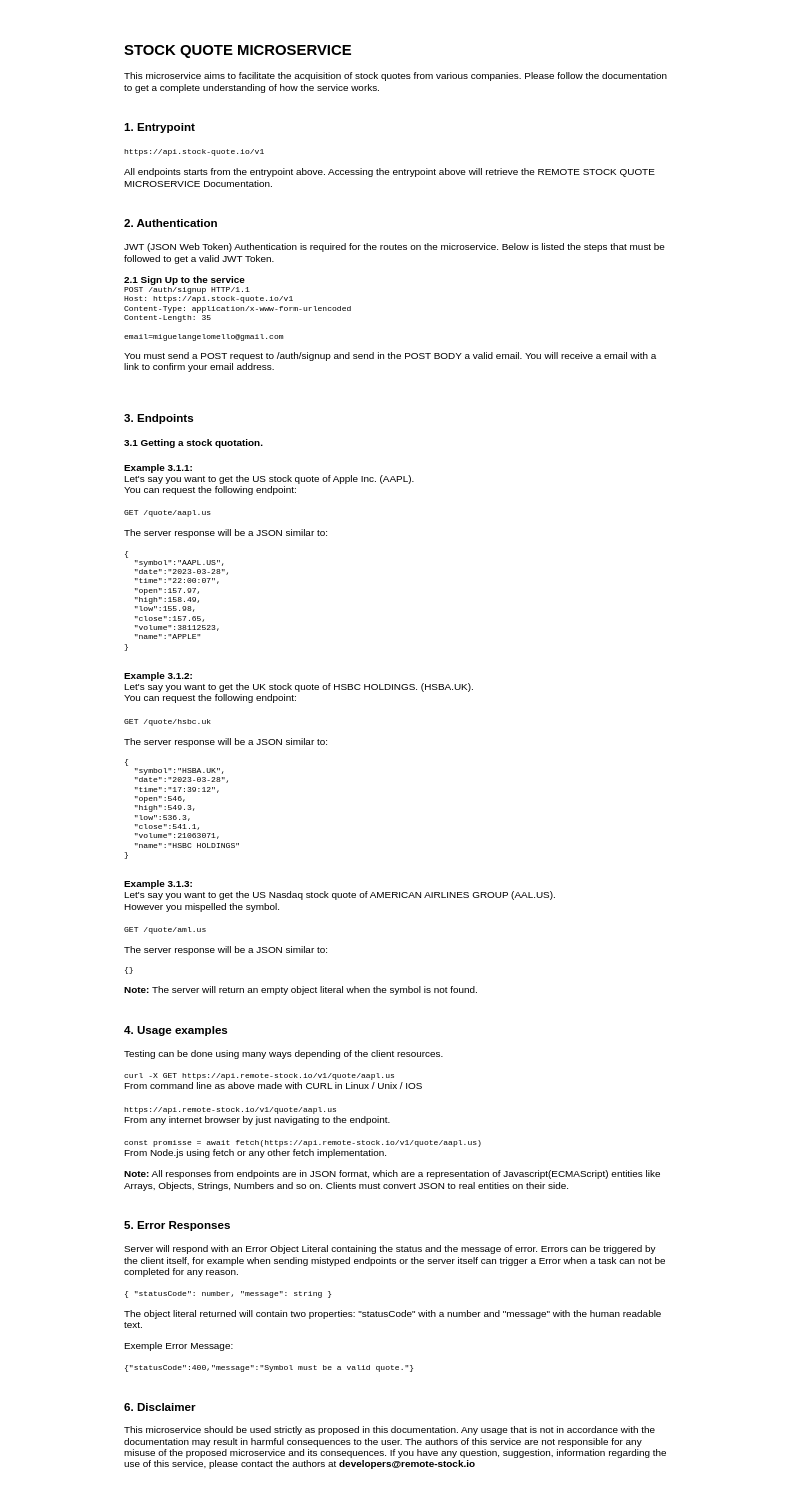
Repository: miguelamello/nest-js
Page: stock-service/documentation.html
An editor plug-in stored every save of this project. The page is shown before and after the next save, followed by the edit.
The browser window is 1280 px wide. The pictures show the whole page, at 62% of full size.

Above is the page before, as saved 2023-04-01 15:56:23.

### stock-service/documentation.html
<!DOCTYPE html>
<html lang="en">
<head>
  <meta charset="UTF-8">
  <meta http-equiv="X-UA-Compatible" content="IE=edge">
  <meta name="viewport" content="width=device-width, initial-scale=1.0">
  <title>STOCK QUOTE MICROSERVICE</title>
  <style>
    body {
      font-family: Arial, Helvetica, sans-serif;
      padding: 3% 15%;
    }
    h3 {
      margin-top: 5%;
    }
    pre {
      margin: 0;
    }
  </style>
</head>
<body>
  <h2>STOCK QUOTE MICROSERVICE</h2>
  <p>
    This microservice aims to facilitate the acquisition of stock quotes from various companies.
    Please follow the documentation to get a complete understanding of how the service works.
  </p>

  <h3>1. Entrypoint</h3>
  <code>https://api.stock-quote.io/v1</code>
  <p>
    All endpoints starts from the entrypoint above. Accessing the entrypoint
    above will retrieve the REMOTE STOCK QUOTE MICROSERVICE Documentation.
  </p>

  <h3>2. Authentication</h3>
  <p>JWT (JSON Web Token) Authentication is required for the routes on the microservice.
    Below is listed the steps that must be followed to get a valid JWT Token.</p>

  <p>
    <div><b>2.1 Sign Up to the service</b></div>

    <pre>
POST /auth/signup HTTP/1.1
Host: https://api.stock-quote.io/v1
Content-Type: application/x-www-form-urlencoded
Content-Length: 35

email=miguelangelomello@gmail.com
    </pre>

    <div>You must send a POST request to /auth/signup and send in the POST BODY a valid email.
      You will receive a email with a link to confirm your email address.
    </div><br>

  </p>

  <h3>3. Endpoints</h3>

  <h4>3.1 Getting a stock quotation.</h4>

  <p>
    <div><b>Example 3.1.1:</b></div>
    <div>Let's say you want to get the US stock quote of Apple Inc. (AAPL).</div>
    <div>You can request the following endpoint:</div><br>
    <code>GET /quote/aapl.us</code>

    <p>The server response will be a JSON similar to:</p>

    <pre>
{
  "symbol":"AAPL.US",
  "date":"2023-03-28",
  "time":"22:00:07",
  "open":157.97,
  "high":158.49,
  "low":155.98,
  "close":157.65,
  "volume":38112523,
  "name":"APPLE"
}
    </pre>
  </p>
  <p>
    <div><b>Example 3.1.2:</b></div>
    <div>Let's say you want to get the UK stock quote of HSBC HOLDINGS. (HSBA.UK).</div>
    <div>You can request the following endpoint:</div><br>
    <code>GET /quote/hsbc.uk</code>

    <p>The server response will be a JSON similar to:</p>

    <pre>
{
  "symbol":"HSBA.UK",
  "date":"2023-03-28",
  "time":"17:39:12",
  "open":546,
  "high":549.3,
  "low":536.3,
  "close":541.1,
  "volume":21063071,
  "name":"HSBC HOLDINGS"
}
    </pre>
  </p>

  <p>
    <div><b>Example 3.1.3:</b></div>
    <div>Let's say you want to get the US Nasdaq stock quote of AMERICAN AIRLINES GROUP (AAL.US).</div>
    <div>However you mispelled the symbol.</div><br>
    <code>GET /quote/aml.us</code>

    <p>The server response will be a JSON similar to:</p>

    <pre>{}</pre>

    <p>
      <b>Note:</b> The server will return an empty object literal when the symbol is not found.
    </p>
  </p>

  <h3>4. Usage examples</h3>

  <p>Testing can be done using many ways depending of the client resources.</p>

  <code>curl -X GET https://api.remote-stock.io/v1/quote/aapl.us</code>
  <div>From command line as above made with CURL in Linux / Unix / IOS</div>
  <br>
  <code>https://api.remote-stock.io/v1/quote/aapl.us</code>
  <div>From any internet browser by just navigating to the endpoint.</div>
  <br>
  <code>const promisse = await fetch(https://api.remote-stock.io/v1/quote/aapl.us)</code>
  <div>From Node.js using fetch or any other fetch implementation.</div>

  <p>
    <b>Note:</b> All responses from endpoints are in JSON format, which are a
    representation of Javascript(ECMAScript) entities like Arrays, Objects,
    Strings, Numbers and so on. Clients must convert JSON to real entities
    on their side.
  </p>

  <h3>5. Error Responses</h3>

  <p>
    Server will respond with an Error Object Literal containing
    the status and the message of error. Errors can be triggered
    by the client itself, for example when sending mistyped endpoints
    or the server itself can trigger a Error when a
    task can not be completed for any reason.
  </p>

  <p>
    <code>{ "statusCode": number, "message": string }</code><br>
    <div>
      The object literal returned will contain two properties:
      "statusCode" with a number and "message" with the human readable text.
    </div>
  </p>

  <p>Exemple Error Message:</p>
  <p>
    <code>
      {"statusCode":400,"message":"Symbol must be a valid quote."}
    </code>
  </p>

  <h3>6. Disclaimer</h3>
  <p>
    This microservice should be used strictly as proposed in this documentation.
    Any usage that is not in accordance with the documentation may result in harmful
    consequences to the user. The authors of this service are not responsible for
    any misuse of the proposed microservice and its consequences. If you have any question,
    suggestion, information regarding the use of this service, please contact
    the authors at <b>developers@remote-stock.io</b>
  </p>

</body>
</html>

After the next save:
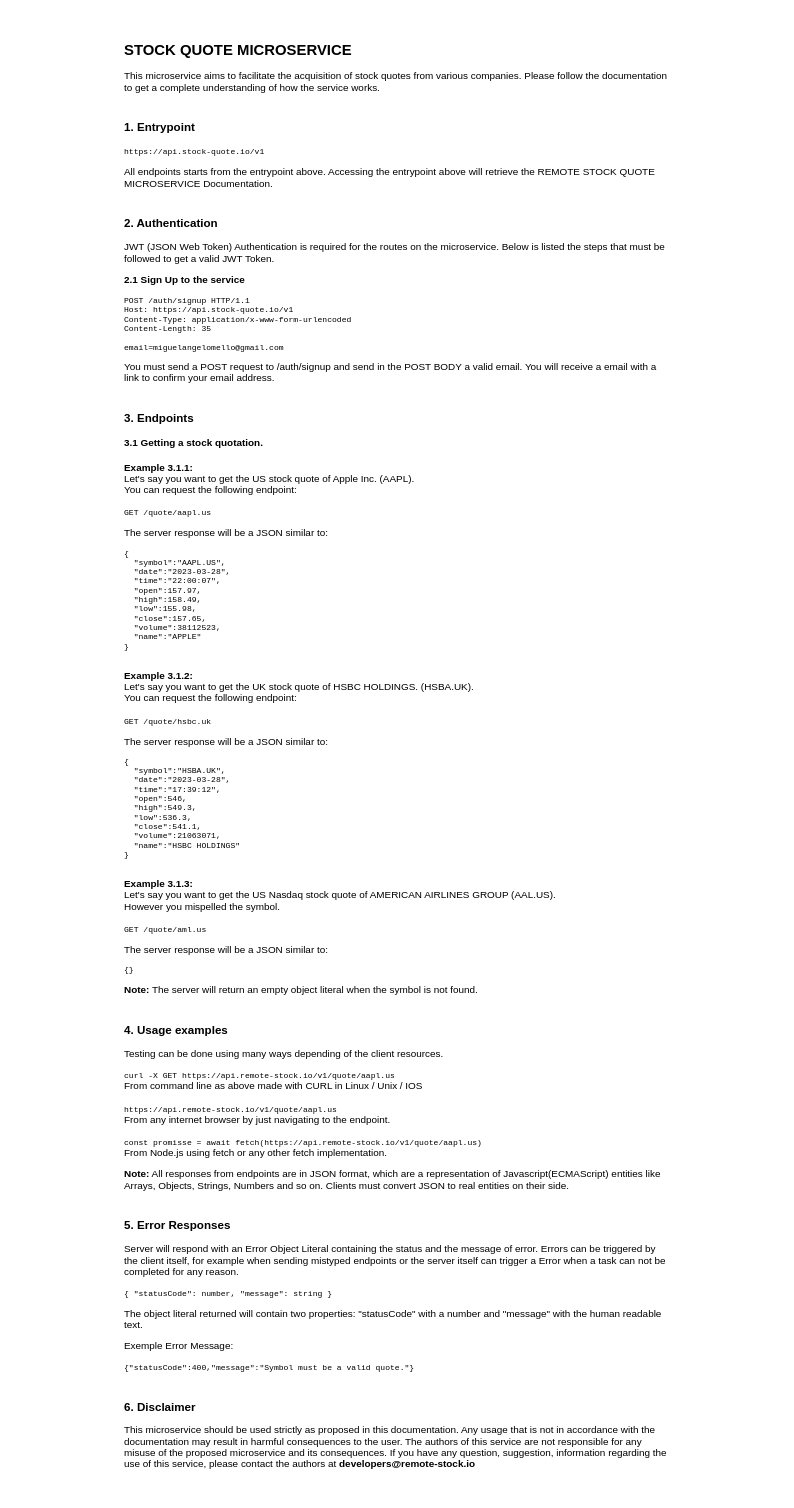
Saved 8 s later.
--- a/stock-service/documentation.html
+++ b/stock-service/documentation.html
@@ -37,7 +37,7 @@
     Below is listed the steps that must be followed to get a valid JWT Token.</p>
 
   <p>
-    <div><b>2.1 Sign Up to the service</b></div>
+    <div><b>2.1 Sign Up to the service</b></div><br>
 
     <pre>
 POST /auth/signup HTTP/1.1
@@ -50,7 +50,7 @@ email=miguelangelomello@gmail.com
 
     <div>You must send a POST request to /auth/signup and send in the POST BODY a valid email.
       You will receive a email with a link to confirm your email address.
-    </div><br>
+    </div>
 
   </p>
 
